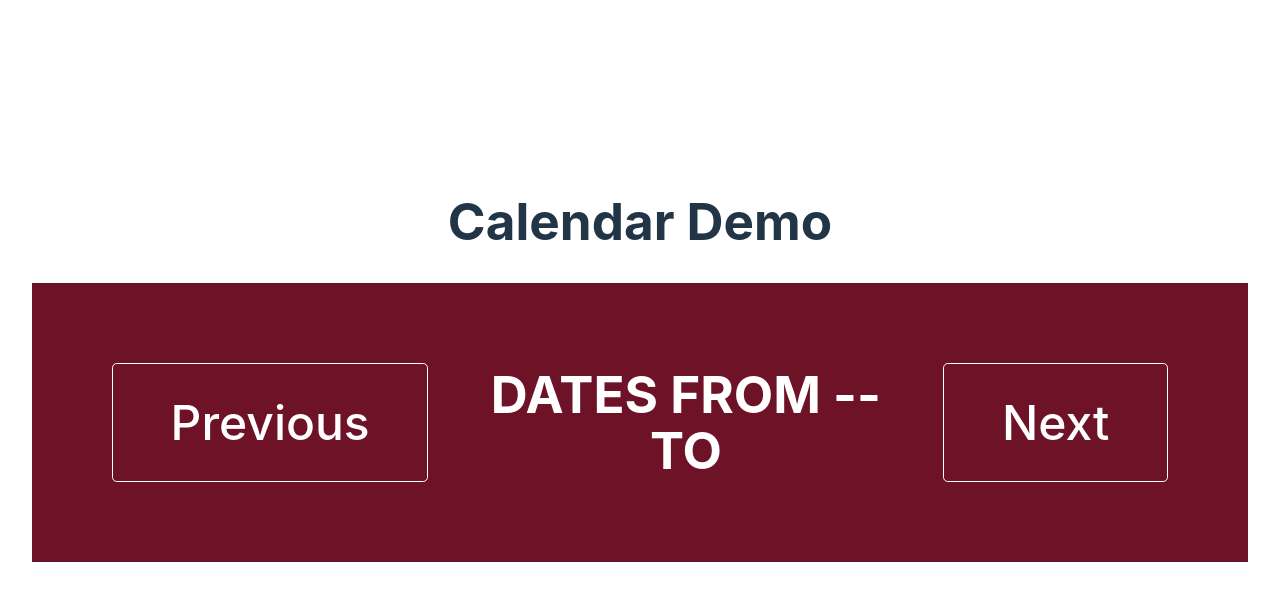
Repository: Maryie-B/weekly-calendar-scheduler
Page: /
An editor plug-in stored every save of this project. The page is shown before and after the next save, followed by the edit.
The browser window is 1280 px wide. The pictures show the whole page.
The project was rebuilt for these pictures with package versions that can differ from the ones it lists, and the page was loaded fresh each time. Also part of the build but not shown: vite.config.js.

Above is the page before, as saved 2024-03-26 11:26:55.

After the next save:
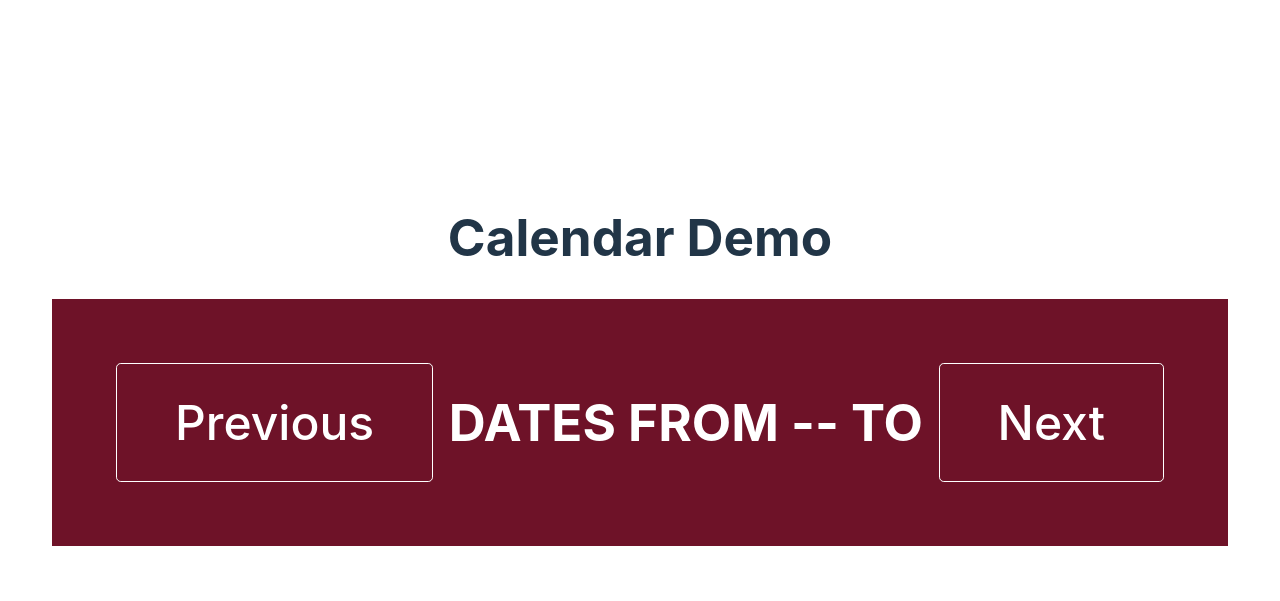
Saved 8 s later.
--- a/src/App.css
+++ b/src/App.css
@@ -22,5 +22,5 @@
   border-radius: 0.3rem;
   color: white;
   font-size: 3rem;
-  margin: 2rem;
+  margin: 1rem;
 }
